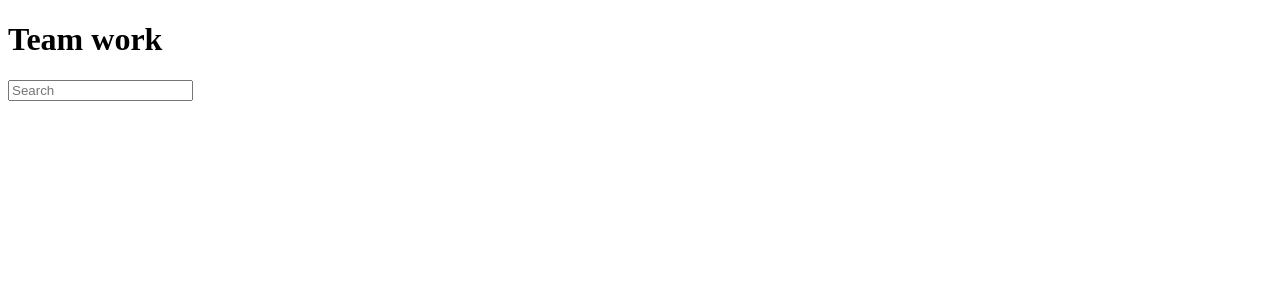
Repository: male8769/samarbejde
Page: index.html
An editor plug-in stored every save of this project. The page is shown before and after a run of saves, followed by the edit.
The browser window is 1280 px wide. The pictures show the whole page.

Above is the page before, as saved 2025-01-21 10:15:45.

### index.html
<!DOCTYPE html>
<html lang="en">
<head>
    <meta charset="UTF-8">
    <meta name="viewport" content="width=device-width, initial-scale=1.0">
    <title>teamwork</title>
</head>
<style>

</style>
<body>
    <div class="main">
        <h1>Team work</h1>
        <form action="search">
            <input type="text" placeholder="Search">

        </form>
    </div>

</body>
</html>

After the next 4 saves:
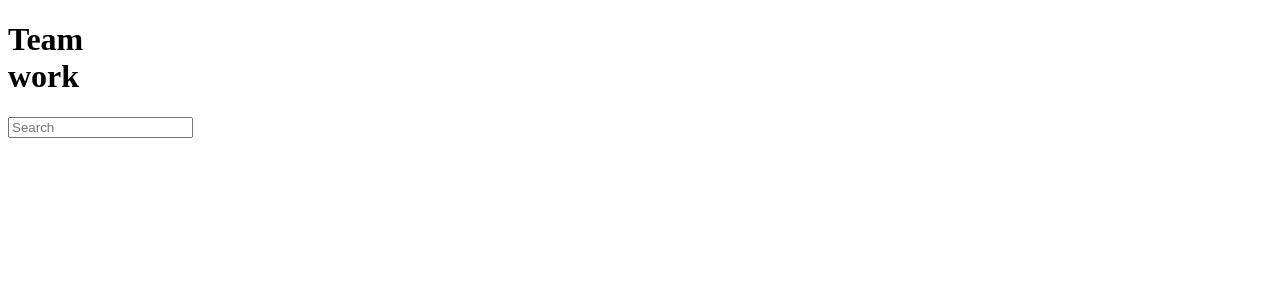
The 4 saves are shown as one change because they came seconds apart.
The last was saved 19 s later.
--- a/index.html
+++ b/index.html
@@ -6,7 +6,9 @@
     <title>teamwork</title>
 </head>
 <style>
-
+    .main{
+        width: 6rem;
+    }
 </style>
 <body>
     <div class="main">
